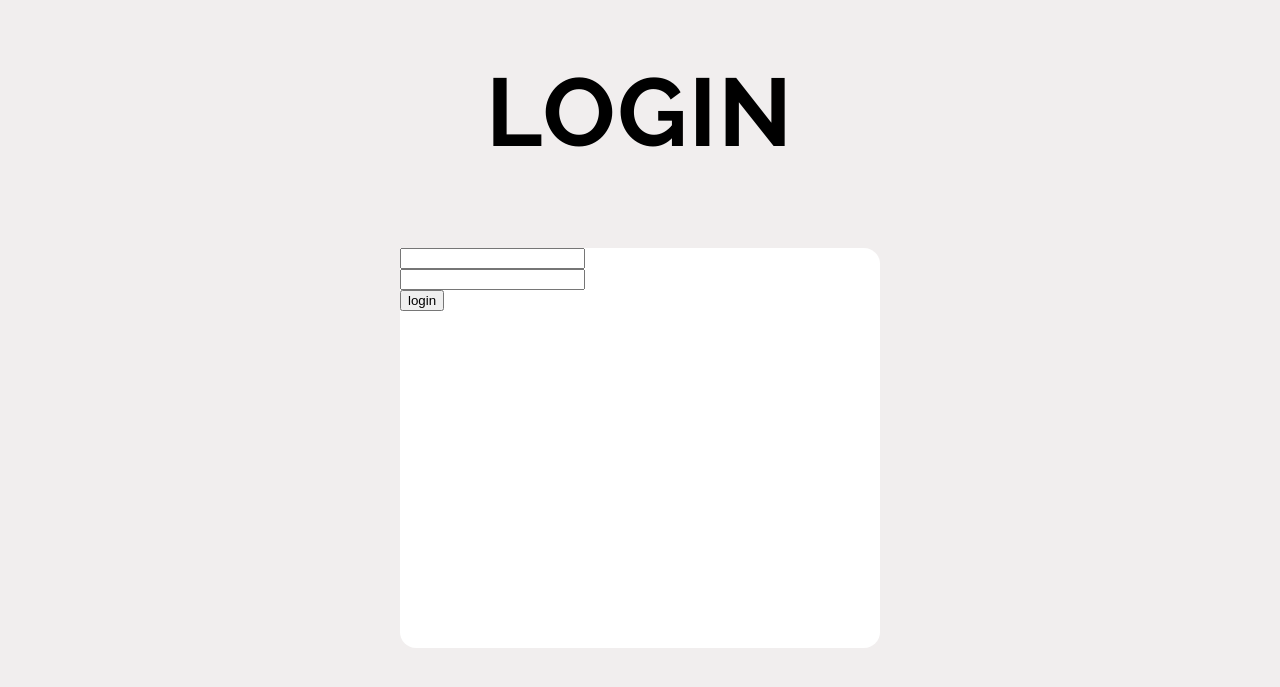
Repository: rehamtaher10/thirdReactTask
Page: /
The author's editor kept a copy of each file at every save. The page is drawn from the files as they stood at one save, then again after the next save.
The browser window is 1280 px wide. The pictures show the whole page.
The project was rebuilt for these pictures with package versions that can differ from the ones it lists, and the page was loaded fresh each time. Also part of the build but not shown: vite.config.js, src/components/HomePage/Home.jsx, src/style/navBar.css, src/components/Navbar.jsx, src/components/Layout/Layout.jsx, src/components/AboutPage/About.jsx, src/style/contactUs.css, src/components/ContactUsPage/ContactUs.jsx and 2 more.

Above is the page before, as saved 2024-12-01 23:06:29.

### src/App.jsx
import React from "react";
import Home from "./components/HomePage/Home";
import { createBrowserRouter, RouterProvider } from "react-router-dom";
import Layout from "./components/Layout/Layout";
import About from "./components/AboutPage/About";
import ContactUs from "./components/ContactUsPage/ContactUs";
import Service from "./components/ServicePage/Service";
import LoginPage from "./components/loginPage/LoginPage"

export default function App() {
  const Routing = createBrowserRouter([
    { path: "", element: <LoginPage /> },
    {
      path: "home",
      element: <Layout />,
      // errorElement: <h1>404 Not Found</h1>,
      children: [
        { path: "", element: <Home /> },
        { path: "about", element: <About /> },
        { path: "service", element: <Service /> },
        {
          path: "contact",
          element: <ContactUs />,
          children: [
            { index: true, element: <h1>Contact us Form</h1> },
            { path: "location", element: <h1>Contact us Location</h1> },
            { path: "emails", element: <h1>Contact us Emails</h1> },
            { path: "phone-number", element: <h1>Phone Number</h1> },
          ],
        },
        { path: "*", element: <section>Not Found Page</section> },
      ],
    },
  ]);
  return <RouterProvider router={Routing} />;
}

### src/components/loginPage/LoginPage.jsx
import { Form, Formik } from "formik";
import React from "react";
import { useNavigate } from "react-router-dom";
import * as Yup from "yup";
import WrapperInput from "../wrapperInput/WrapperInput";
import "../../style/loginPage.css";
export default function LoginPage() {
  const navigate = useNavigate();

  const validationSchema = Yup.object({
    email: Yup.string()
      .email("Must Be Like E-mail Format")
      .required("E-mail is Requird"),
    password: Yup.string().min(7).max(15).required("Password is Requird"),
  });
  const initialValues = {
    email: "",
    password: "",
  };
  const onSubmit = (values) => {
    console.log(values);
    navigate("/home");
  };

  return (
    <div className="loginComponent">
      <h1>Login</h1>
      <Formik
        initialValues={initialValues}
        onSubmit={onSubmit}
        validationSchema={validationSchema}
      >
        <Form>
          <WrapperInput name={"email"} isDefault />
          <WrapperInput name={"password"} isPassword />
          <button type="submit">login</button>
        </Form>
      </Formik>
    </div>
  );
}

### src/components/wrapperInput/WrapperInput.jsx
import { ErrorMessage, Field } from "formik";
import React from "react";
import ErrorMessageField from "./ErrorMessageField";

export default function WrapperInput({ name, placeholder ,isDefault ,isPassword}) {
    return (
        <div className="wrapper_input">
            {isDefault && <Field name={name} placeholder={placeholder} />}
            {isPassword && (
                <Field name={name} placeholder={placeholder}>
                    {({ field }) => <input type="password" {...field} />}
                </Field>
            )}
            <ErrorMessage name={name} component={ErrorMessageField} />
        </div>
    );
}


// React Basics (Folder Structure - Components - Props - State)
// Style (External - Sass + Bem - Bootrstrap  - MUI)
// Hooks (UseState - UseEffect - UseContext - UseRef)
// Routes (React Router Dom)
// Formik + Yup
// State Management (React Query + Redux)

### src/style/loginPage.css
@import url('https://fonts.googleapis.com/css2?family=Raleway:ital,wght@0,100..900;1,100..900&display=swap');

body {
  background-color: rgb(241, 238, 238);
}
.loginComponent {
  display: flex;
  flex-direction: column;
  justify-content: center;
  align-items: center;
  gap: 2rem;
}
.loginComponent h1 {
  font-family: "Raleway", sans-serif;
  font-size: 6rem;
  text-transform: uppercase;
  letter-spacing: 2px;
  margin-block: 3rem;
}
.loginComponent form{
    background-color: white;
    width: 30rem;
    height: 25rem;
    border-radius: 1rem;

}

Loaded but not shown: index.html (common file); src/main.jsx (common file)

After the next save:
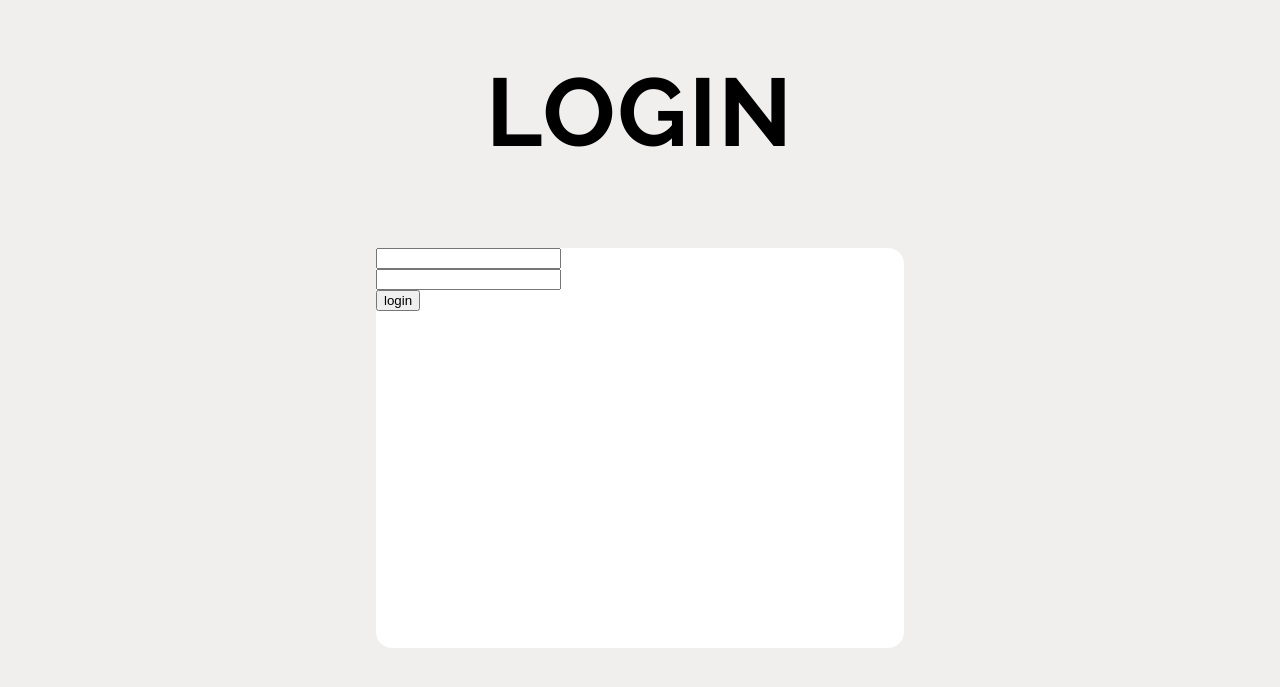
Saved 7 s later.
--- a/src/style/loginPage.css
+++ b/src/style/loginPage.css
@@ -19,7 +19,7 @@ body {
 }
 .loginComponent form{
     background-color: white;
-    width: 30rem;
+    width: 33rem;
     height: 25rem;
     border-radius: 1rem;
 
